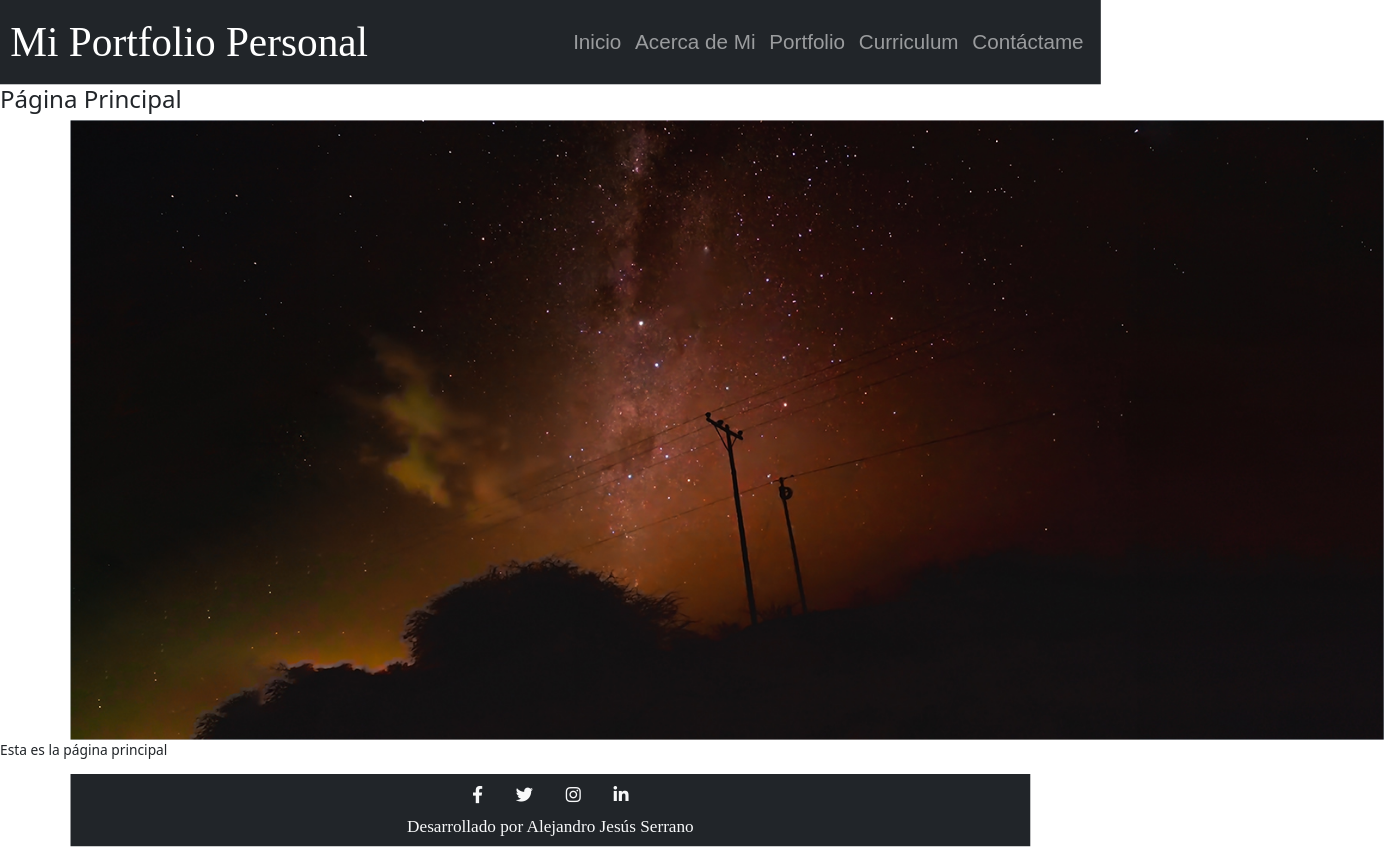
Repository: AlejandroJesusSerrano/portfolio
Page: portfolio/core/templates/core/home.html
These files come from the project's save history. The page is drawn as it stood at one moment and after the next save; the edit follows.
The browser window is 1280 px wide. The page is 1609 px wide, then 1280 px, so the pictures cover 1609 px, including what lies to the right of the window. The pictures show the whole page, at 86% of full size.
Some web fonts or font styles are not loaded; a fallback is used. The template is drawn by Django 4.2. The application's start-up code is not run. The template is opened directly, without the code that normally fills it, so the values that code supplies are empty.

Above is the page before, as saved 2023-09-06 08:38:51.

After the next save:
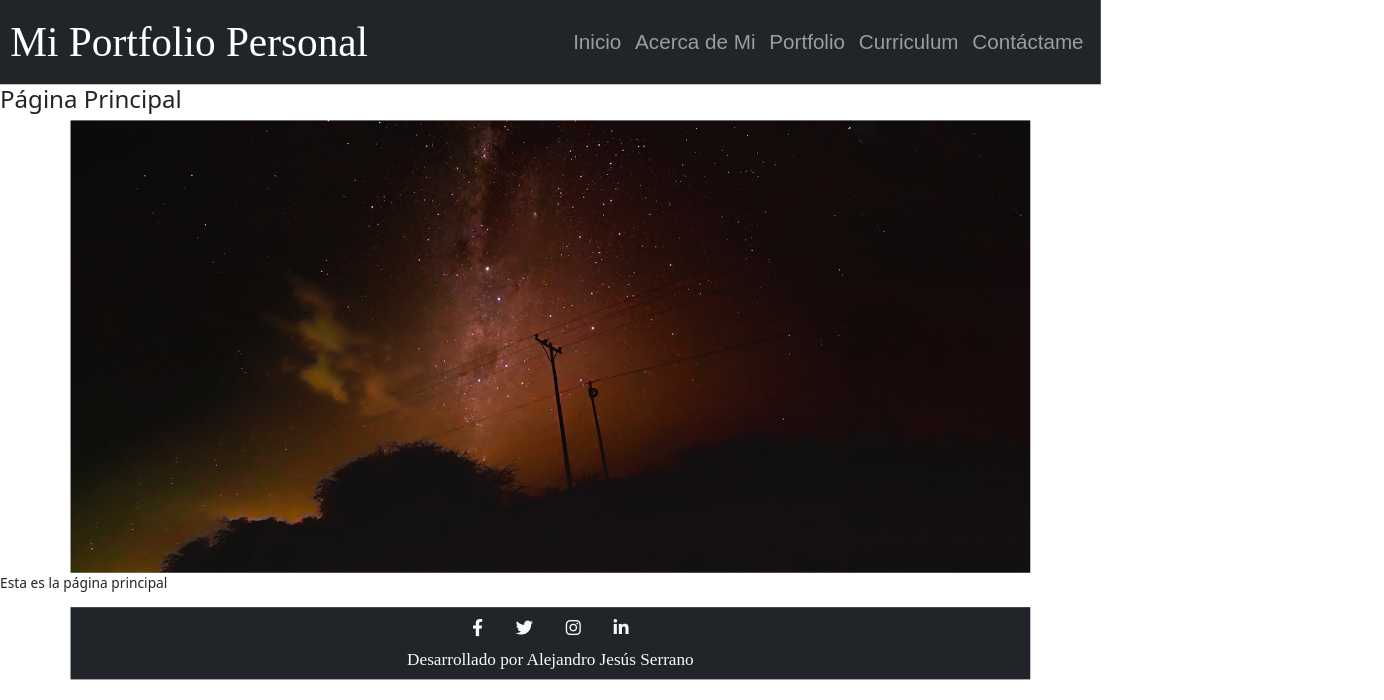
Saved 18 s later.
--- a/portfolio/core/templates/core/home.html
+++ b/portfolio/core/templates/core/home.html
@@ -6,7 +6,7 @@
 {% block content %}
 <h3>Página Principal</h3>
 <div class="container w-100">
-  <img src={% static 'img/sancarlos_noche_web.jpg' %} alt="">
+  <img src={% static 'img/sancarlos_noche_web.jpg' %} class="w-100" alt="">
 </div>
 <p>Esta es la página principal</p>
 {% endblock content %}
